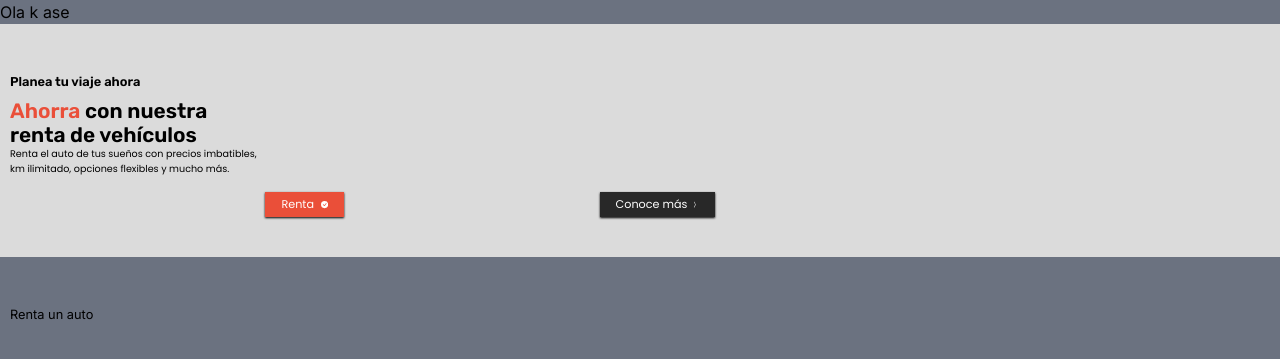
Repository: aldovelacasas/PF_RentCar2
Page: /homePage
An editor plug-in stored every save of this project. The page is shown before and after the next save, followed by the edit.
The browser window is 1280 px wide. The pictures show the whole page.
The project was rebuilt for these pictures with package versions that can differ from the ones it lists, and the page was loaded fresh each time. The framework's server and built-in components were replaced by stand-ins that run in the browser. Also part of the build but not shown: next.config.js.

Above is the page before, as saved 2023-08-29 19:44:31.

After the next save:
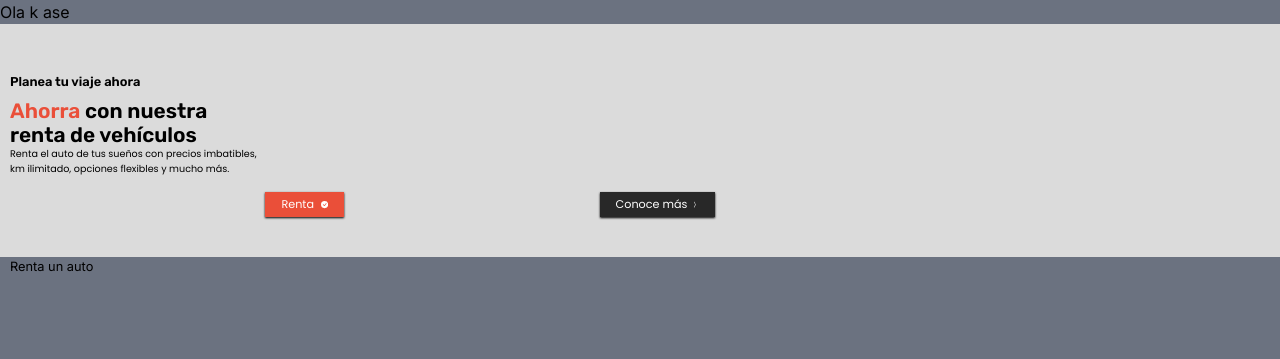
Saved 22 s later.
--- a/src/app/homePage/page.jsx
+++ b/src/app/homePage/page.jsx
@@ -44,7 +44,7 @@ function HomePage() {
         </div>
       </header>
       <form>
-        <p className={`pt-12 ml-2.5 text-[0.8em] mb-2`}>Renta un auto</p>
+        <p className={` ml-2.5 text-[0.8em]`}>Renta un auto</p>
       </form>
     </>
   );
